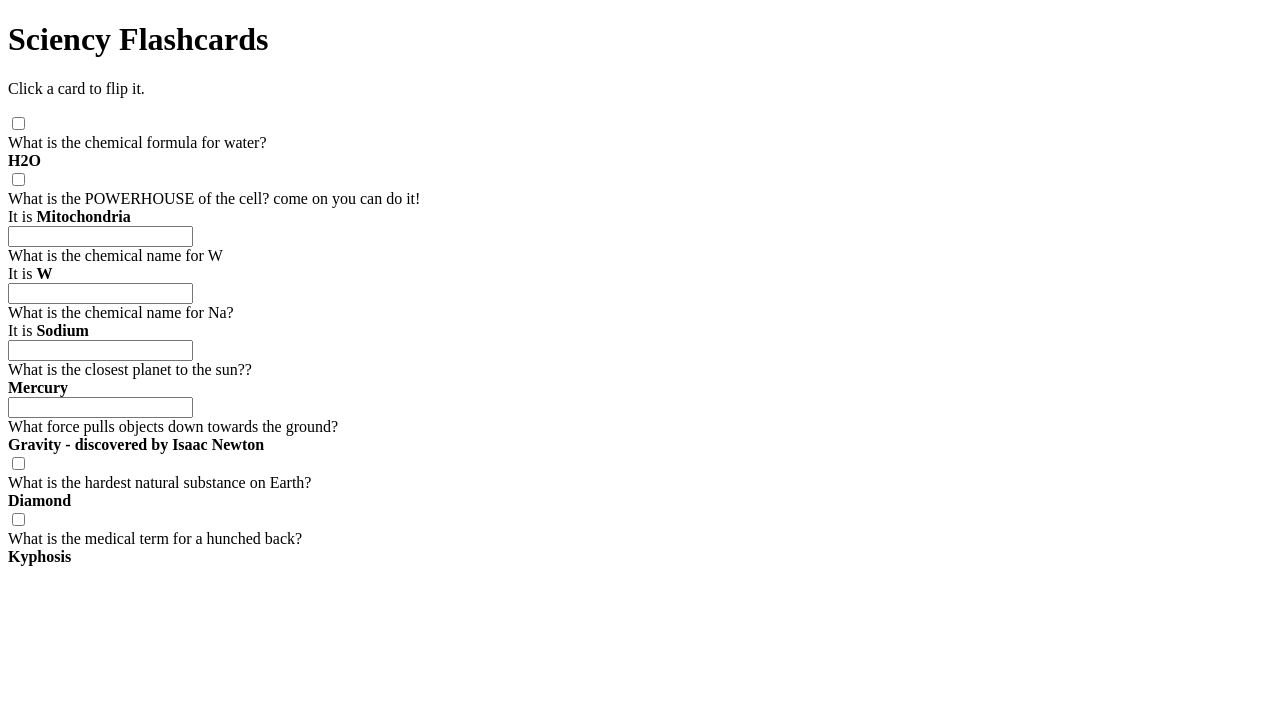
Repository: manayparikh1/ScienceFlashcards
Page: index.html
These files come from the project's save history. The page is drawn as it stood at one moment and after the next save; the edit follows.
The browser window is 1280 px wide. The pictures show the whole page.
Some web fonts or font styles are not loaded; a fallback is used.

Above is the page before, as saved 2026-10-22 21:22:02.

After the next save:
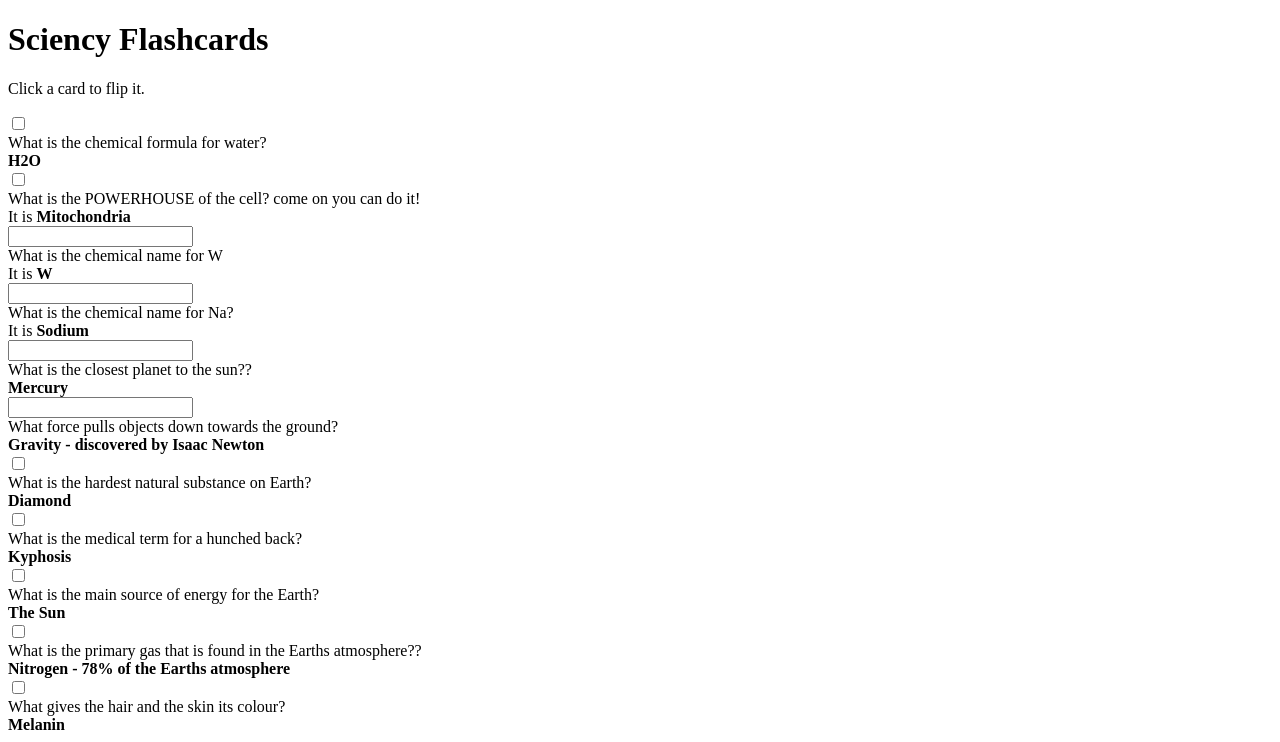
Saved 9 min 43 s later.
--- a/index.html
+++ b/index.html
@@ -90,6 +90,48 @@
                                                         </div>
                                                     </label>
 
+                                                    <div class="cards">
+                                                        <label class="card">
+                                                            <input type="checkbox">
+                                                            <div class="inner">
+                                                                <div class="front">What is the main source of energy for
+                                                                    the Earth?</div>
+                                                                <div class="back"><strong>The Sun</strong></div>
+                                                            </div>
+                                                        </label>
+
+                                                        <div class="cards">
+                                                            <label class="card">
+                                                                <input type="checkbox">
+                                                                <div class="inner">
+                                                                    <div class="front">What is the primary gas that is
+                                                                        found in the Earths atmosphere??</div>
+                                                                    <div class="back"><strong>Nitrogen - 78% of the
+                                                                            Earths atmosphere</strong></div>
+                                                                </div>
+                                                            </label>
+
+                                                            <div class="cards">
+                                                                <label class=card>
+                                                                    <input type="checkbox">
+                                                                    <div class="inner">
+                                                                        <div class="front">What gives the hair and the
+                                                                            skin its colour?</div>
+                                                                        <div class="back"><strong>Melanin</strong></div>
+                                                                    </div>
+                                                                </label>
+
+                                                            </div>
+                                                        </div>
+
+
+
+
+
+
+                                                    </div>
+
+
 
 
 
